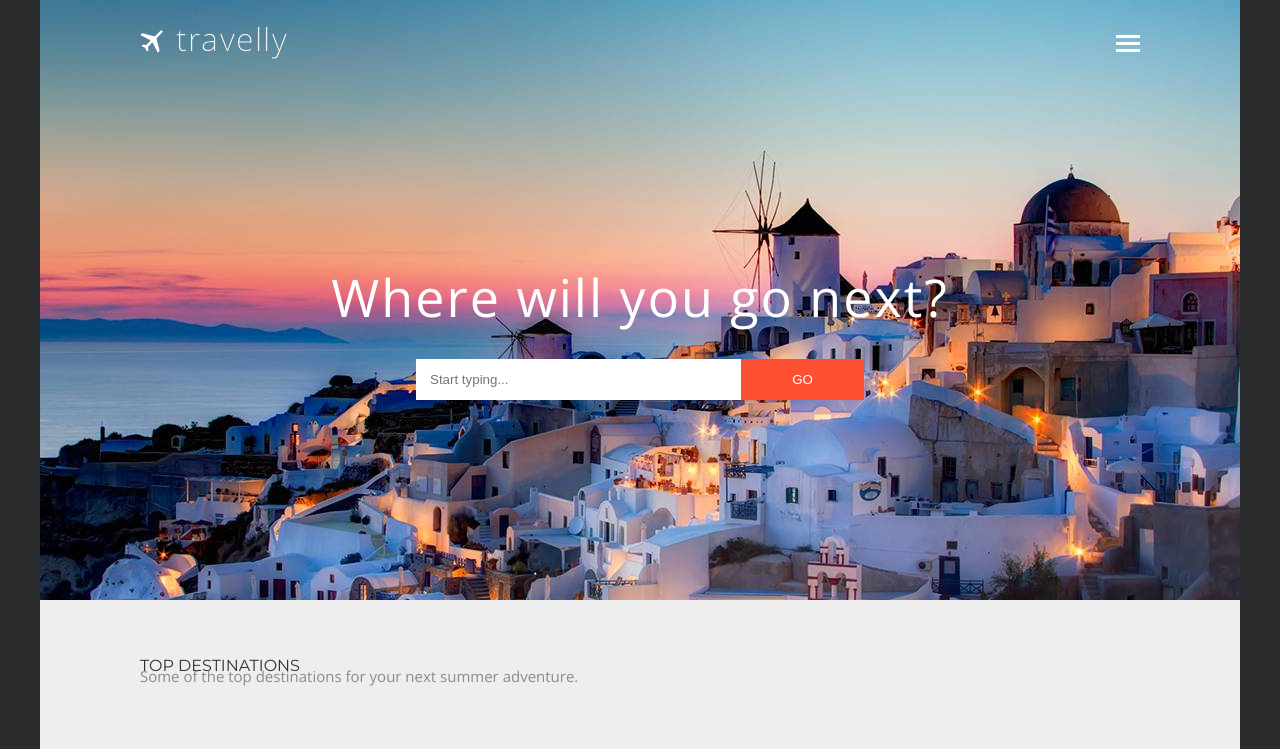
Repository: YusifHasanov/Web-Page-Template
Page: index.html
These files come from the project's save history. The page is drawn as it stood at one moment and after the next save; the edit follows.
The browser window is 1280 px wide. The pictures show the whole page.

Above is the page before, as saved 2021-12-05 21:14:34.

After the next save:
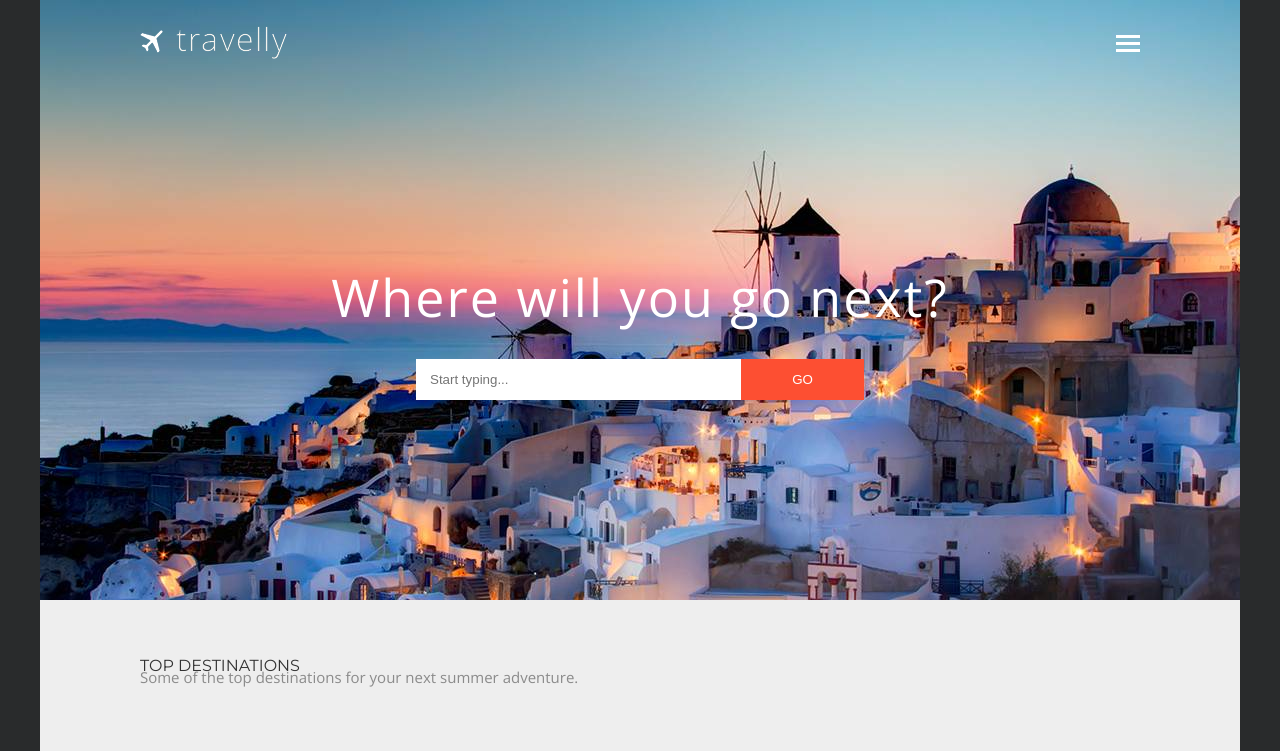
Saved 9 s later.
--- a/css/style.css
+++ b/css/style.css
@@ -102,5 +102,5 @@ button[type='submit'] {
   color: #8b8b8b;
   font-weight: 400;
   font-family: 'Open Sans', sans-serif;
-  line-height: 8px;
+  line-height: 10px;
 }
